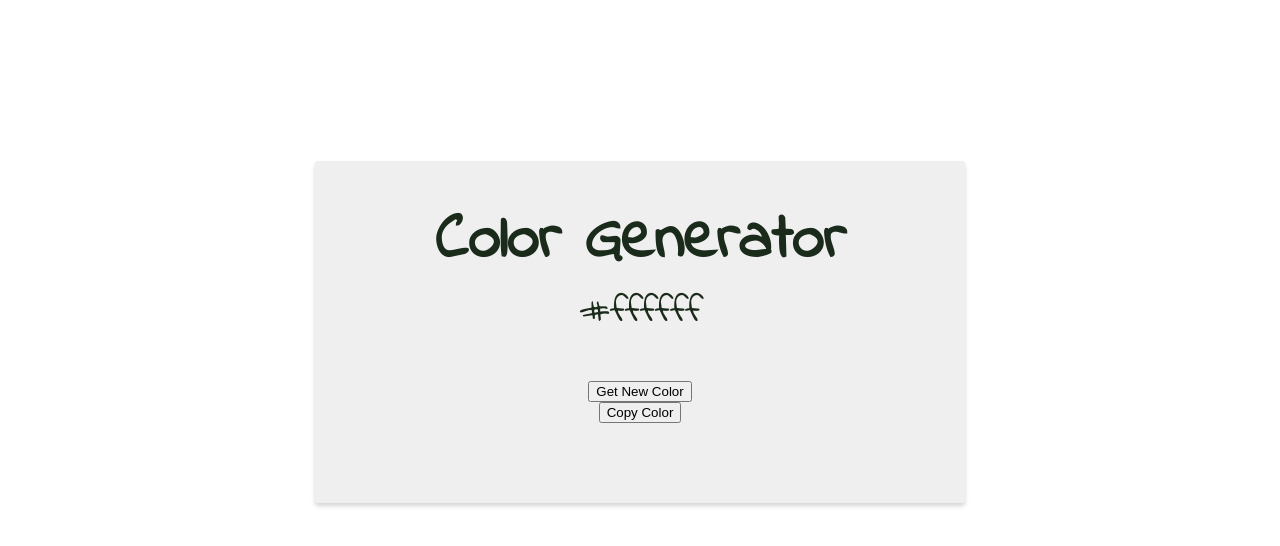
Repository: codimis/JSB-01-Color-Changer
Page: index.html
These files come from the project's save history. The page is drawn as it stood at one moment and after the next save; the edit follows.
The browser window is 1280 px wide. The pictures show the whole page.

Above is the page before, as saved 2021-09-17 01:48:12.

After the next save:
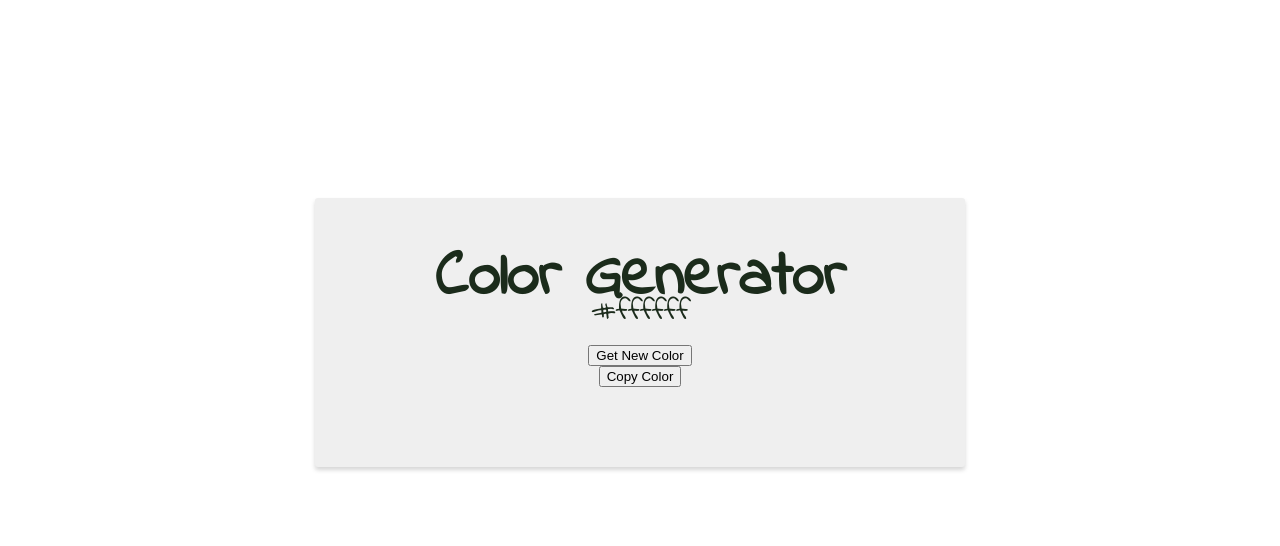
Saved 18 s later.
--- a/style.css
+++ b/style.css
@@ -54,5 +54,6 @@ h1 {
 
 #currentColor {
     text-align: center;
-
+    font-size: 2rem;
+    line-height: 2px;
 }
